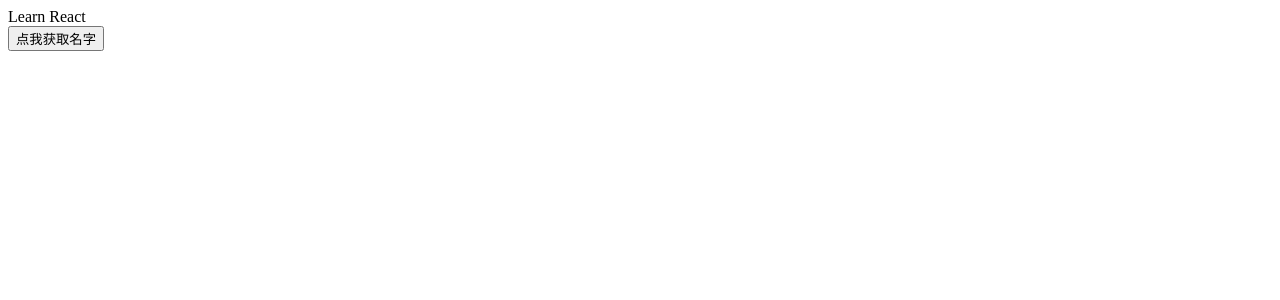
Repository: Melody-yangjing/study-react
Page: /
The author's editor kept a copy of each file at every save. The page is drawn from the files as they stood at one save, then again after the next save.
The browser window is 1280 px wide. The pictures show the whole page.
The project was rebuilt for these pictures with package versions that can differ from the ones it lists, and the page was loaded fresh each time.

Above is the page before, as saved 2020-07-14 15:35:09.

### src/index.js
import React from 'react';
import ReactDOM from 'react-dom';
import { Provider } from 'react-redux'
import App from './App';
import Store from './store/index'
ReactDOM.render(
  <React.StrictMode>
    <Provider store={Store} >
      <App />
    </Provider>
  </React.StrictMode>,
  document.getElementById('root')
);

### src/App.js
import React from 'react';
import { connect } from 'react-redux'
import { getAname } from './store/action'
class App extends React.Component {
  render() {
    return (
      <div>
        <header className="App-header">
          Learn React
        </header>
        <button onClick={() => {
          console.log(this.props)
          this.props.getAname()
        }}>点我获取名字</button>
        <p>{this.props.Aname}</p>
      </div>
    );
  }
}

const mapStateToProps = (state /*, ownProps*/) => {
  return {
    Aname: state.getAname
  };
};

const mapDispatchToProps = { getAname };

export default connect(
  mapStateToProps,
  mapDispatchToProps
)(App);

### src/store/index.js
import { createStore} from 'redux'
import reducer from './reducer'
const store = createStore(reducer)

export default store

### src/store/action.js
export const getAname = ()=>({type:'getAname'})

### src/store/reducer.js


function reducer(state = 'moren', action){
    switch(action.type){
        case 'getAname':
            return 'ANAME';
        case 'getBname':
            return 'BNAME';
        default :
            return state
    }
}

export default reducer

Loaded but not shown: public/index.html (common file)

After the next save:
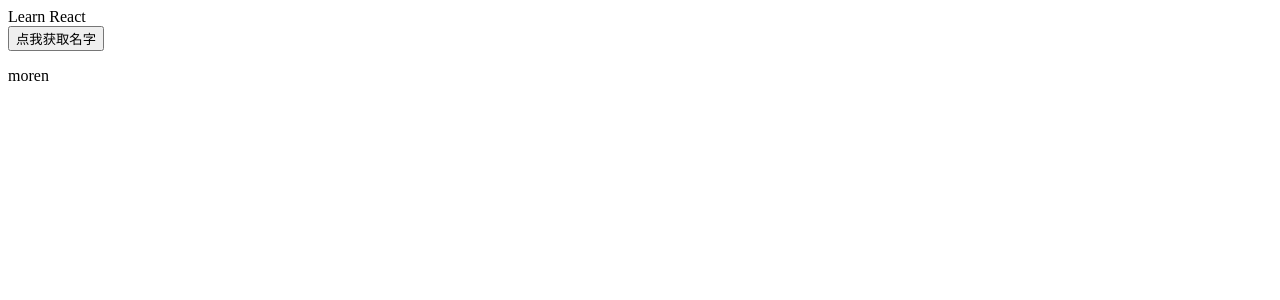
Saved 2 min 9 s later.
--- a/src/App.js
+++ b/src/App.js
@@ -20,7 +20,7 @@ class App extends React.Component {
 
 const mapStateToProps = (state /*, ownProps*/) => {
   return {
-    Aname: state.getAname
+    Aname: state
   };
 };
 
